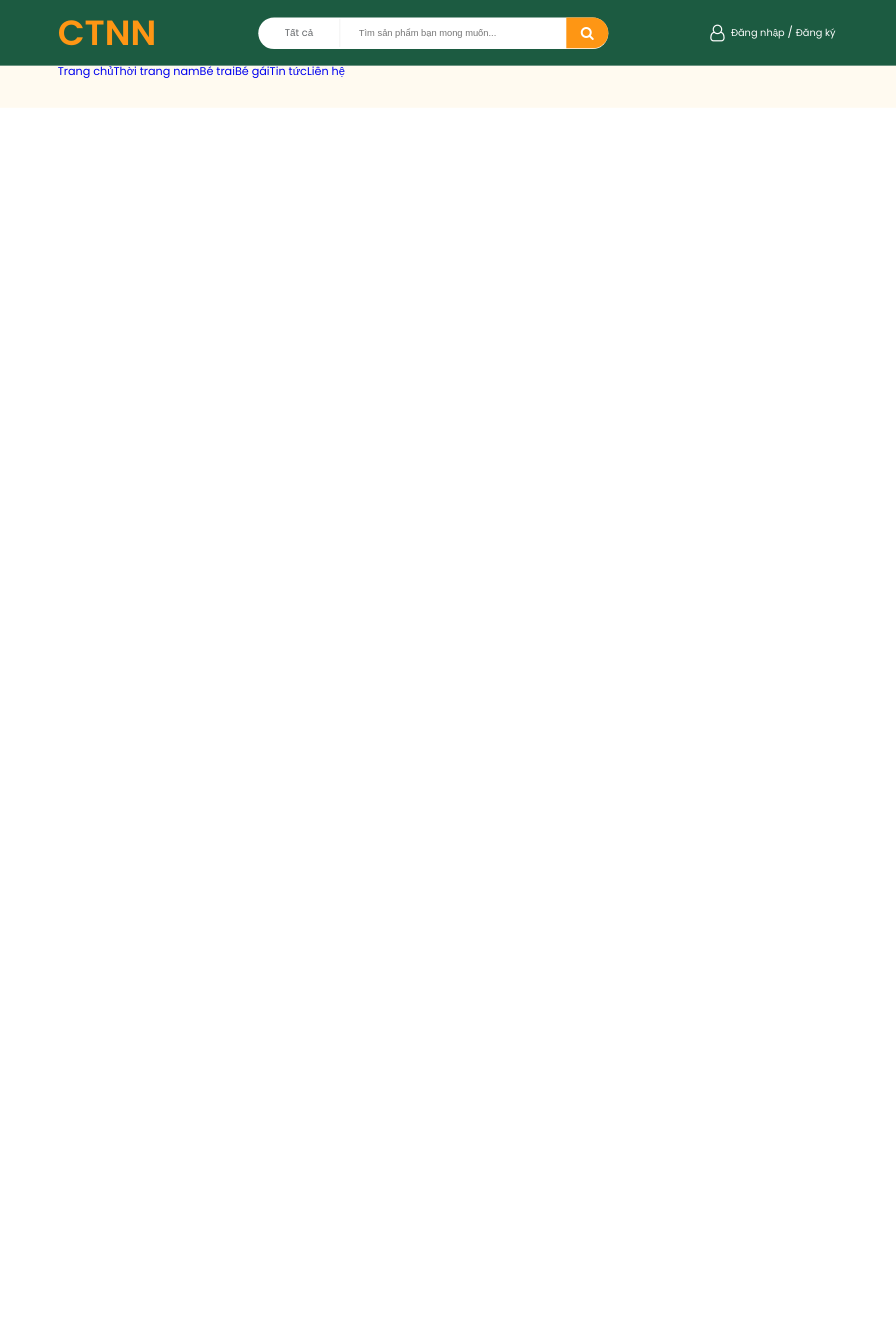
Repository: cuongchua2k2/BaiTapLon-web
Page: index.html
The author's editor kept a copy of each file at every save. The page is drawn from the files as they stood at one save, then again after the next save.
The browser window is 1280 px wide. The pictures show the part of the page from y = 0 to 1920 px (the page is 5000 px tall), at 70% of full size.

Above is the page before, as saved 2023-12-06 16:07:02.

After the next save:
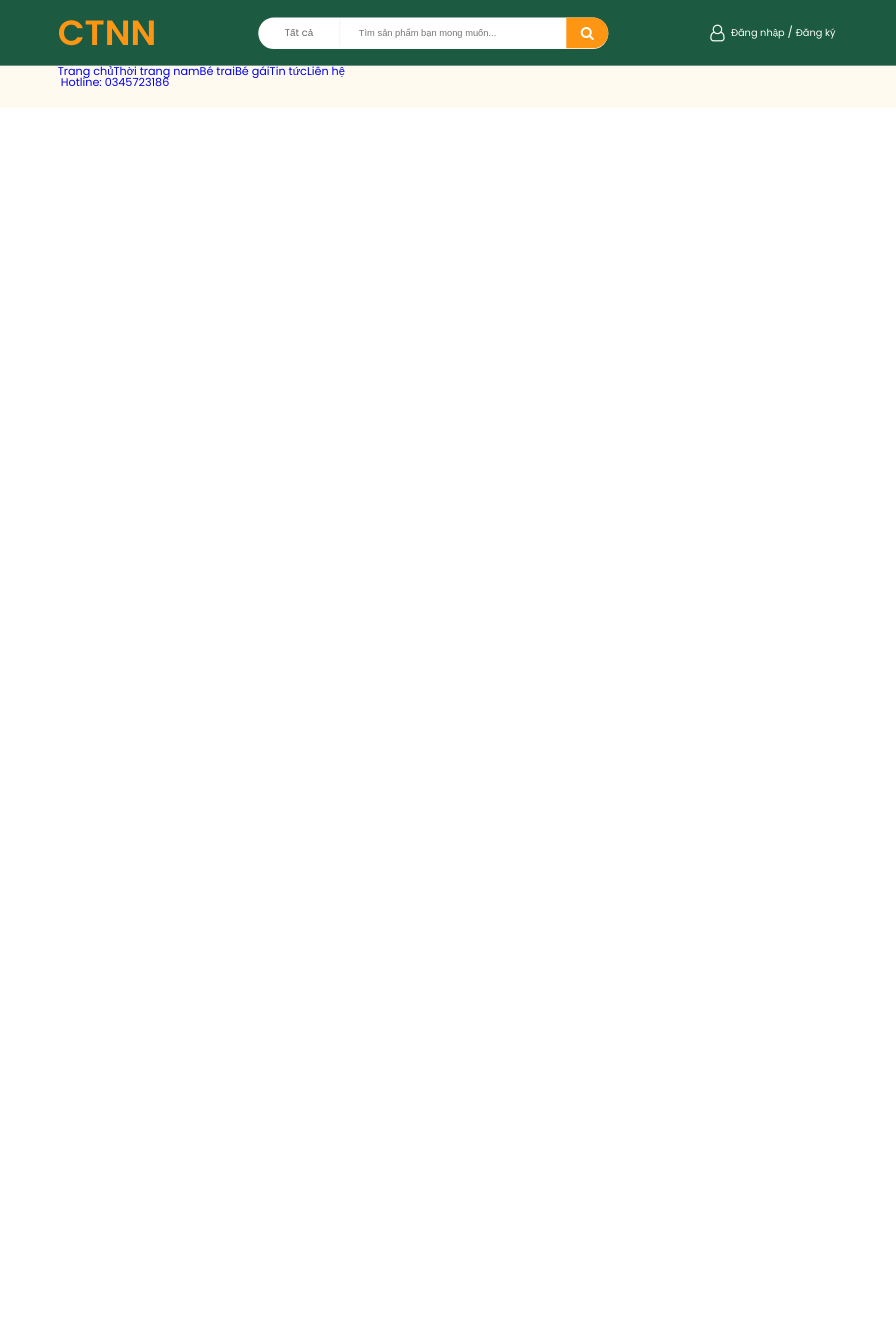
Saved 11 s later.
--- a/index.html
+++ b/index.html
@@ -77,7 +77,7 @@
           <div class="horizontal"></div>
           <a href="tel:0345723186" class="hotline">
             <img src="" alt="" class="hotline__icon" />
-            <span class="hotline__desc"></span>
+            <span class="hotline__desc">Hotline: 0345723186</span>
           </a>
         </div>
       </div>
